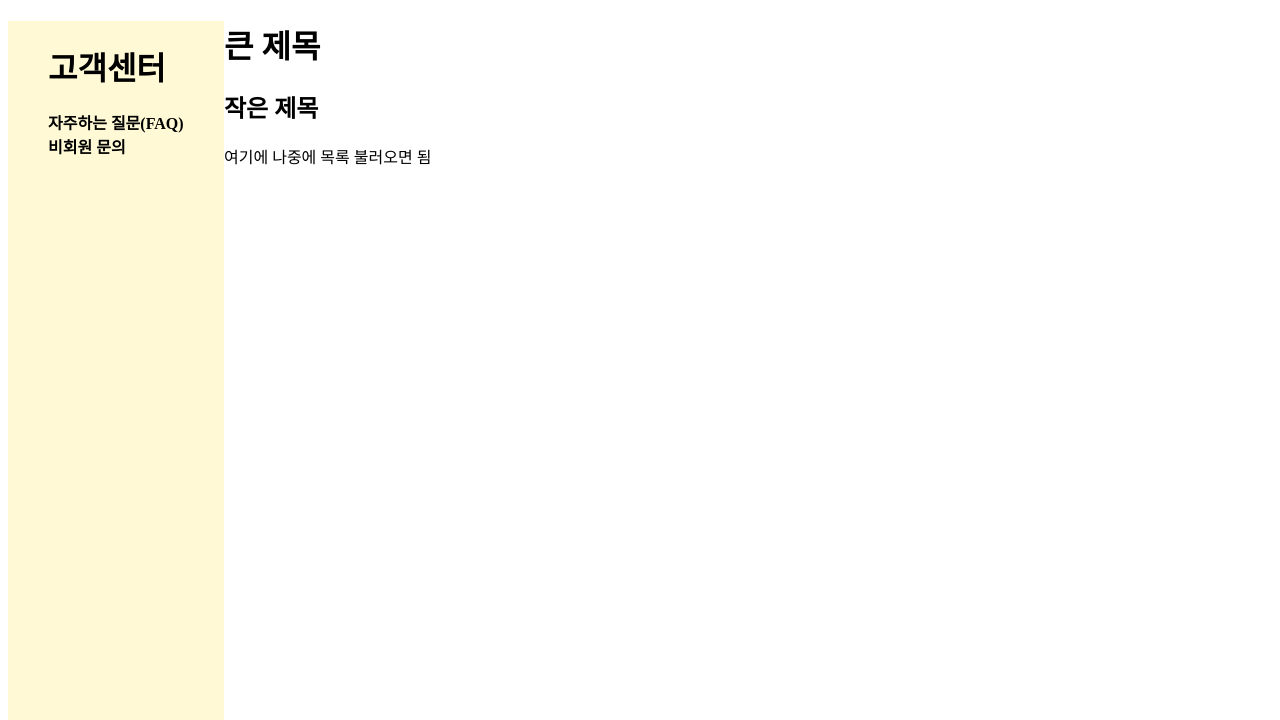
Repository: hyodii/FinalProject
Page: http://localhost/ViewPage/qanSideTap.jsp
An editor plug-in stored every save of this project. The page is shown before and after the next save, followed by the edit.
The browser window is 1280 px wide. The pictures show the whole page.
The page is served by Tomcat 9.

Above is the page before, as saved 2021-12-03 11:45:17.

After the next save:
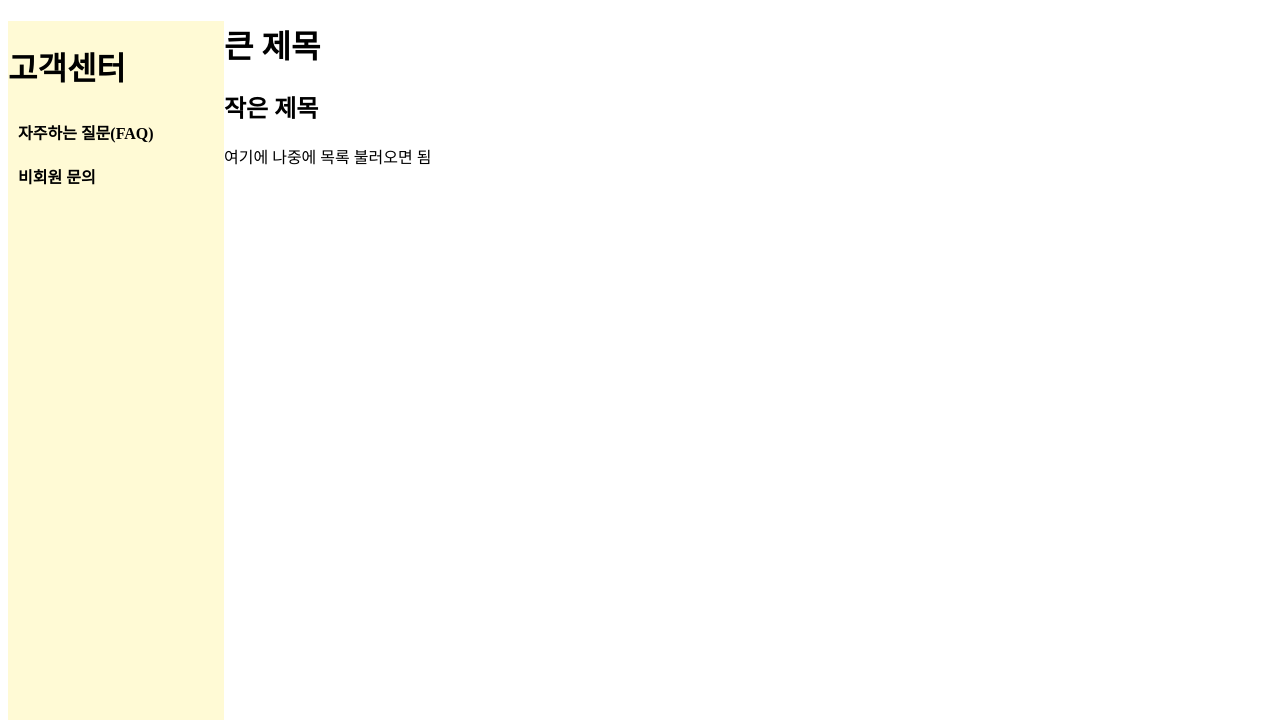
Saved 6 s later.
--- a/ViewPage/WebContent/qanSideTap.jsp
+++ b/ViewPage/WebContent/qanSideTap.jsp
@@ -20,6 +20,7 @@
 ul.sidebar
 {
 	list-style: none;
+	padding: 0px;
 }
 .sidebar li a
 {
@@ -28,7 +29,7 @@
 	display: block;
 	color: #000;
 	font-weight: bold;
-	padding: 0px;
+
 }
 
 .sidebar li a:hover
